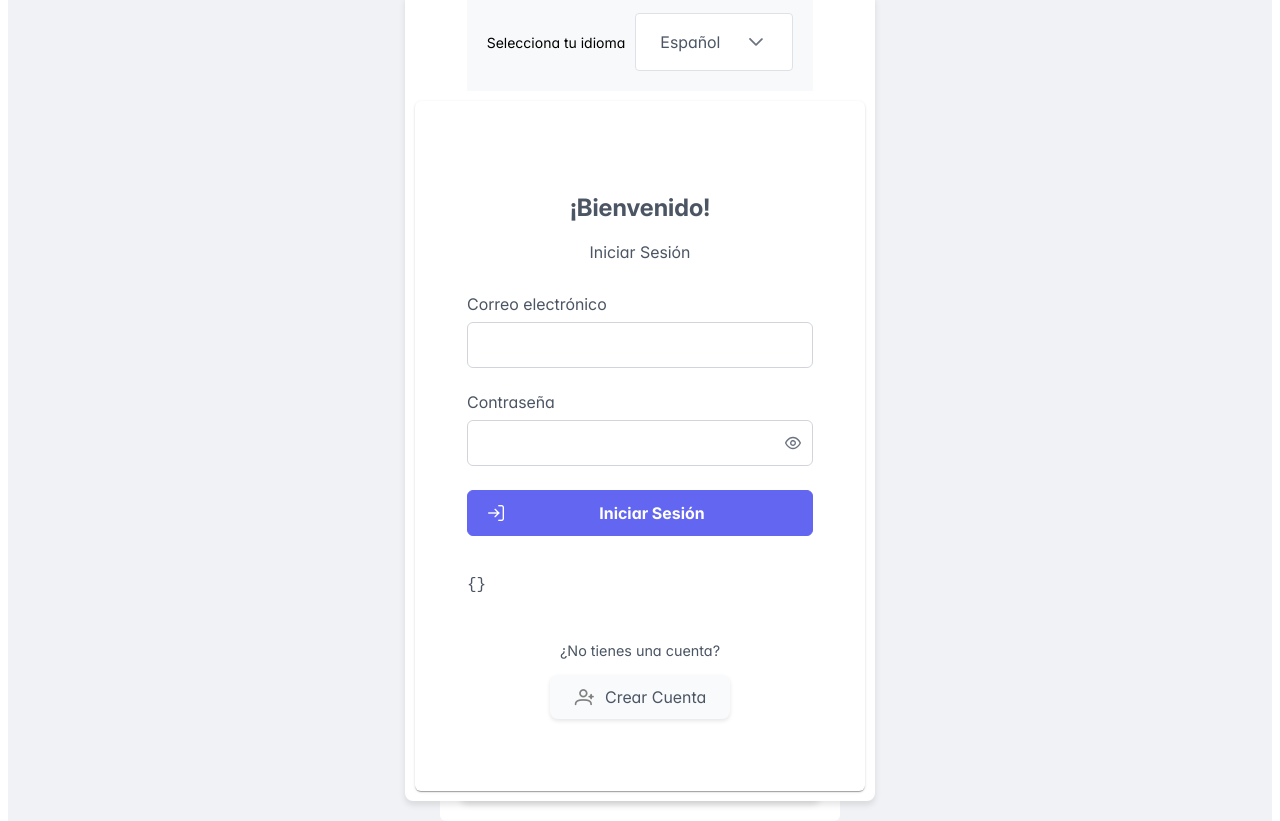
Repository: nder1996/Info_Colombia
Page: /GestionTareas (app in fronted/gestion-tareas/)
The author's editor kept a copy of each file at every save. The page is drawn from the files as they stood at one save, then again after the next save.
The browser window is 1280 px wide. The pictures show the whole page.
The project was rebuilt for these pictures with package versions that can differ from the ones it lists, and the page was loaded fresh each time. Also part of the build but not shown: fronted/gestion-tareas/src/components/gestion-tareas/GestionTareas.css, fronted/gestion-tareas/src/services/GestionTareasService.ts, fronted/gestion-tareas/src/services/SummaryServices.ts, fronted/gestion-tareas/src/services/UsuarioService.ts, fronted/gestion-tareas/src/services/WebSocketService.ts, fronted/gestion-tareas/src/hooks/useNotifications.ts, fronted/gestion-tareas/src/components/gestion-tareas/GestionTareas.tsx, fronted/gestion-tareas/src/components/Registrarse/Registrarse.tsx.

Above is the page before, as saved 2025-02-24 03:27:53.

### fronted/gestion-tareas/src/index.css
.App {
  display: flex;
  justify-content: center;
  align-items: center;
  height: 100vh !important;
  width: 100% !important;
  background-color: #f5f5f5;
  padding: 0 !important;
  /*border:1px solid red !important;*/
  /* You can add more styles as needed */
}

### fronted/gestion-tareas/src/App.tsx
import React, { useRef } from 'react';
import { BrowserRouter } from 'react-router-dom';
import './App.css';
import AppRoutes from './routes/AppRoutes';
import useAuthStore from './store/auth/useAuthStore';
import './services/InterceptorAuth';
import { ToastProvider } from './context/ToastContext';

import "primereact/resources/themes/lara-light-indigo/theme.css";
import "primereact/resources/primereact.min.css";
import "primeicons/primeicons.css";
import { LanguageProvider } from './context/LanguageContext';



function App() {
  const auth = useAuthStore((state) => state.Auth)
  return (
    <ToastProvider>
      <LanguageProvider>
        <div className="App">
          <BrowserRouter>
            <AppRoutes />
          </BrowserRouter>
        </div>
      </LanguageProvider>
    </ToastProvider>
  );
}

export default App;

### fronted/gestion-tareas/src/App.css
@import "primereact/resources/themes/lara-light-indigo/theme.css";
@import "primereact/resources/primereact.min.css";
@import "primeicons/primeicons.css";

### fronted/gestion-tareas/src/routes/AppRoutes.tsx
import React from "react";
import { Routes, Route, Navigate } from "react-router-dom";
import ProtectedRoute from "./ProtectedRoute";
import useAuthStore from "../store/auth/useAuthStore";
import GestionTareas from "src/components/gestion-tareas/GestionTareas";
import InicioSession from "src/components/InicioSession/InicioSession";
import Registrarse from "src/components/Registrarse/Registrarse";
import Ingreso from "src/components/Ingreso/Ingreso";

const AppRoutes: React.FC = () => {
  const auth = useAuthStore((state) => state.Auth);

  return (
    <Routes>
      {/*
        <Route path="/login" element={<InicioSession />} />
      <Route path="/Registro" element={<Registrarse />} />
      */}

      <Route path="/Bienvenido" element={<Ingreso />} />
      <Route element={<ProtectedRoute />}>
        <Route path="/GestionTareas" element={<GestionTareas />} />
      </Route>
      <Route path="*" element={<Navigate to="/Bienvenido" replace />} />

      {/*   <Route path="*" element={<Navigate to={auth.isAuthenticated ? "/GestionTareas" : "/Ingreso"} replace />} /> */}

    </Routes>
  );
};

export default AppRoutes;

### fronted/gestion-tareas/src/store/auth/useAuthStore.ts
import { AuthService } from 'src/services/AuthService';
import { create } from 'zustand'

type AuthState = { Auth: { token: string | null ; isAuthenticated: boolean |null ; username:string | null } }

type AuthStateStoreActions = {
  setAuth: (nextAuth: AuthState['Auth']) => void
}

type AuthStore = AuthState & AuthStateStoreActions;

const useAuthStore = create<AuthStore>()((set) => ({
  Auth: AuthService.getInfoSession() || {
    token: null,
    isAuthenticated: false,
    username: null
  },
  setAuth: (nextAuth) => set({ Auth: nextAuth })
}));

export default useAuthStore;




//export default useAuthStore;

### fronted/gestion-tareas/src/services/InterceptorAuth.ts
import axios from 'axios';
import { AuthService } from './AuthService';

const InterceptorAuth = {
  usuario: axios.create({
    baseURL: 'http://localhost:8700/api/usuario'
  }),
  summary: axios.create({
    baseURL: 'http://localhost:8700/api/summary/'
  }),
  tarea: axios.create({
    baseURL: 'http://localhost:8700/api/tarea/'
  })
};

Object.values(InterceptorAuth).forEach(api => {
  api.interceptors.request.use(
    (config) => {
      const token = AuthService.getToken()?.replace(/"/g, '');
      if (token) {
        config.headers.Authorization = `Bearer ${token}`;
      }
      //console.log("se le agrego el token a la peticion: " + config.url+"  token "+config.headers.Authorization);
      return config;
    },
    (error) => Promise.reject(error)
  );

  api.interceptors.response.use(
    (response) => response,
    (error) => {
      if (error.response?.status !== 200 && error.response?.status !== 201) {
        AuthService.logout();
        window.location.href = '/login';
      }
      return Promise.reject(error);
    }
  );
});

export default InterceptorAuth;

### fronted/gestion-tareas/src/context/ToastContext.tsx
import { createContext, useContext, useRef } from 'react';
import { Toast } from 'primereact/toast';


interface ToastService {
    mostrarExito: (titulo: string, detalle?: string) => void;
    mostrarError: (titulo: string, detalle?: string) => void;
    mostrarInfo: (titulo: string, detalle?: string) => void;
    mostrarAdvertencia: (titulo: string, detalle?: string) => void;
}

const ToastContext = createContext<ToastService>({} as ToastService);

export const ToastProvider = ({ children }: { children: React.ReactNode }) => {
    const toast = useRef<Toast>(null);

    const mostrarExito = (titulo: string, detalle?: string) => {
        toast.current?.show({
            severity: 'success',
            summary: titulo,
            detail: detalle,
            life: 3000
        });
    };

    const mostrarError = (titulo: string, detalle?: string) => {
        toast.current?.show({
            severity: 'error',
            summary: titulo,
            detail: detalle,
            life: 5000
        });
    };

    const mostrarInfo = (titulo: string, detalle?: string) => {
        toast.current?.show({
            severity: 'info',
            summary: titulo,
            detail: detalle,
            life: 3000
        });
    };

    const mostrarAdvertencia = (titulo: string, detalle?: string) => {
        toast.current?.show({
            severity: 'warn',
            summary: titulo,
            detail: detalle,
            life: 4000
        });
    };

    return (
        <ToastContext.Provider value={{ mostrarExito, mostrarError, mostrarInfo, mostrarAdvertencia }}>
            <Toast ref={toast} position="top-right" />
            {children}
        </ToastContext.Provider>
    );
};

export const useToast = () => useContext(ToastContext);

### fronted/gestion-tareas/src/context/LanguageContext.tsx
import React, { createContext, useContext, useState } from 'react';
import { traducciones } from 'src/i18n/traducciones';
import { Language, ITranslations } from 'src/i18n/types';

interface LanguageContextType {
  language: Language;
  t: ITranslations;
  changeLanguage: (lang: Language) => void;
}

const LanguageContext = createContext<LanguageContextType>({} as LanguageContextType);

export const LanguageProvider = ({ children }: { children: React.ReactNode }) => {
  const [language, setLanguage] = useState<Language>('es');

  const changeLanguage = (lang: Language) => {
    setLanguage(lang);
  };

  const value = {
    language,
    t: traducciones[language],
    changeLanguage
  };

  return (
    <LanguageContext.Provider value={value}>
      {children}
    </LanguageContext.Provider>
  );
};



export const useLanguage = () => {
  const context = useContext(LanguageContext);
  if (!context) {
    throw new Error('useLanguage must be used within a LanguageProvider');
  }
  return context;
};

### fronted/gestion-tareas/src/routes/ProtectedRoute.tsx
import React from "react";
import { Navigate, Outlet } from "react-router-dom";
import useAuthStore from "../store/auth/useAuthStore";

const ProtectedRoute: React.FC = () => {
  const Auth = useAuthStore((state) => state.Auth);
  //console.log('Auth state:', Auth.isAuthenticated);

  if (!Auth.isAuthenticated) {
    return <Navigate to="/bienvenido" replace />;
  }

  return <Outlet />;
};

export default ProtectedRoute;

### fronted/gestion-tareas/src/components/Ingreso/Ingreso.tsx
import React, { useState } from 'react';
import './Ingreso.css';
import { TabView, TabPanel } from 'primereact/tabview';
import 'primereact/resources/themes/saga-blue/theme.css';
import 'primereact/resources/primereact.min.css';
import 'primeicons/primeicons.css';
import Registrarse from '../Registrarse/Registrarse';
import InicioSession from '../InicioSession/InicioSession';

const Ingreso = () => {


  return (
    <div className="login-wrapper">
        <TabView>
          <TabPanel header="Iniciar Sesión">
            <div className="login-container">
            <InicioSession></InicioSession>
            </div>
          </TabPanel>
          <TabPanel header="Registro">
            <div className="login-container">
            <Registrarse></Registrarse>
            </div>
          </TabPanel>
        </TabView>

    </div>
  );
};

export default Ingreso;

### fronted/gestion-tareas/src/services/AuthService.ts
import useAuthStore from 'src/store/auth/useAuthStore';
import { create } from 'zustand';
import { LocalStarogeService } from './LocalStorageService';



export interface AuthData {
  token: string | null;
  isAuthenticated: boolean | null;
  username: string | null;
}


 export class AuthService {

  static saveToken(auth: AuthData) {
    LocalStarogeService.save('authToken', JSON.stringify(auth));
  }

  static getToken(): string {
    const authData = JSON.parse(LocalStarogeService.get('authToken') || "") ;
    return authData.token || '';
  }

  static getInfoSession(): AuthData {
    try {
      const session = LocalStarogeService.get('authToken');
      if (!session || typeof session !== 'string') {
        return { token: '', isAuthenticated: false, username: '' };
      }
      const parsed = JSON.parse(session) as AuthData;
      return parsed;
    } catch {
      return { token: '', isAuthenticated: false, username: '' };
    }
  }
  static isAuthenticated(): boolean {
    return !!this.getToken();
  }

  static logout(): void {
    localStorage.removeItem('authToken');
    //useAuthStore.getState().clearAuth();
  }

  static getAuthHeader() {
    const token = this.getToken()?.replace(/"/g, '');
    return token ? { Authorization: `Bearer ${token}` } : {};
  }
}

### fronted/gestion-tareas/src/components/Ingreso/Ingreso.css
.login-wrapper {
    display: flex;
    justify-content: center;
    align-items: center;
    background-color: #f0f2f5;
    width: 100% !important;
  }

  .p-tabview{
    width: 100%;
    max-width: 400px !important;
  }

  .login-container {
    background-color: white;
    border-radius: 8px;
    box-shadow: 0 4px 6px rgba(0, 0, 0, 0.1);
    padding: 30px;
  }

  .login-form {
    display: flex;
    flex-direction: column;
  }

  .login-title {
    text-align: center;
    color: #333;
    margin-bottom: 20px;
  }

  .input-group {
    margin-bottom: 15px;
  }

  .input-group label {
    display: block;
    margin-bottom: 5px;
    color: #555;
  }

  .input-field {
    width: 100%;
    padding: 10px;
    border: 1px solid #ddd;
    border-radius: 4px;
    font-size: 16px;
  }

  .login-button {
    background-color: #007bff;
    color: white;
    border: none;
    border-radius: 4px;
    padding: 12px;
    font-size: 16px;
    cursor: pointer;
    transition: background-color 0.3s ease;
  }

  .login-button:hover {
    background-color: #0056b3;
  }

### fronted/gestion-tareas/src/components/InicioSession/InicioSession.tsx
import React, { useRef, useState } from 'react';
import './InicioSession.css';
import 'primereact/resources/themes/saga-blue/theme.css';
import 'primereact/resources/primereact.min.css';
import 'primeicons/primeicons.css';


import { Card } from 'primereact/card';
import { InputText } from 'primereact/inputtext';
import { Button } from 'primereact/button';
import { Toast } from 'primereact/toast';
import { useForm } from 'react-hook-form';
import { yupResolver } from '@hookform/resolvers/yup';
import * as yup from 'yup';
import { SesionServices } from 'src/services/SesionServices';
import useAuthStore from 'src/store/auth/useAuthStore';
import { Navigate, useNavigate } from 'react-router-dom';
import { setTimeout } from 'timers/promises';
import { AuthService } from 'src/services/AuthService';
import { Divider } from 'primereact/divider';
import { Password } from 'primereact/password';
import { useToast } from 'src/context/ToastContext';
import NavbarIdioma from '../navbar-idioma/navbar-idioma';
import { useLanguage } from 'src/context/LanguageContext';
import { traducciones } from 'src/i18n/traducciones';
import { Language } from 'src/i18n/types';



interface FormInputs {
  username: string;
  password: string;
}


const createValidationSchema = (t: typeof traducciones, language: Language) => yup.object({
  username: yup
    .string()
    .required(t[language].autenticacion.emailRequerido)
    .email(t[language].autenticacion.emailValido),
  password: yup
    .string()
    .required(t[language].autenticacion.contrasenaRequerida)
});

const InicioSession = () => {
  const [isLoading, setIsLoading] = useState(false);
  const setUseAuthState = useAuthStore((state) => state.setAuth);
  const Auth = useAuthStore((state) => state.Auth);
  const navigate = useNavigate();
  const { mostrarExito, mostrarError } = useToast();
  const { language } = useLanguage();
  const texts = traducciones[language].autenticacion;
  const schema = createValidationSchema(traducciones, language);

  const { register, handleSubmit, formState: { errors }, setValue, watch } = useForm<FormInputs>({
    resolver: yupResolver(schema)
  });

  const onSubmit = async (data: FormInputs) => {
    try {
      setIsLoading(true);
      await SesionServices.login(data.username, data.password);
      const token = AuthService.getToken();
      if (!token || token.trim() === "") {
        mostrarError('Error', 'Usuario o contraseña inválidos');
        return;
      }
      setIsLoading(false);
      setUseAuthState({
        token: token,
        isAuthenticated: true,
        username: data.username
      });
      mostrarExito('¡Bienvenido!', `Bienvenido ${data.username}`);
    } catch (error: any) {
      mostrarError('Error', 'Error al procesar el inicio de sesión');
    }
  };



  if (Auth.isAuthenticated) {
    return <Navigate to="/GestionTareas" />;
  }



  return (
    <div className="login-container">
      <NavbarIdioma></NavbarIdioma>
      <Card className="login-card">
        <div className="login-header">
          <h2>{texts.bienvenido}</h2>
          <p>{texts.iniciarSesion}</p>
        </div>
        <form onSubmit={handleSubmit(onSubmit)} className="p-fluid form-inicio">
          <div className="field">
            <label>{texts.correo}</label>
            <InputText
              {...register('username')}
              className={errors.username ? 'p-invalid' : ''}
              onChange={(e) => {
                register('username').onChange(e);
              }}
            />
            {errors.username && (
              <p className="p-error">{errors.username.message}</p>
            )}
          </div>

          <div className="field">
            <label>{texts.contrasena}</label>
            <Password
              {...register('password')}
              className={errors.password ? 'p-invalid' : ''}
              feedback={false}
              toggleMask
              onChange={(e) => setValue('password', e.target.value)}
              inputRef={register('password').ref}
            />
            {errors.password && (
              <small className="p-error">{errors.password.message}</small>
            )}
          </div>
          <Button
            type="submit"
            label={isLoading ? 'Iniciando sesión...' : 'Iniciar Sesión'}
            icon={isLoading ? 'pi pi-spinner pi-spin' : 'pi pi-sign-in'}
          />
          <pre>{JSON.stringify(watch(), null, 2)}</pre>
        </form>
        <div className="register-section">
          <p className="register-text">{texts.noTienesCuenta}</p>
          <a className="register-link" onClick={() => navigate('/registro')}>
            <i className="pi pi-user-plus register-icon" />
            <span>{texts.crearCuenta}</span>
          </a>
        </div>
      </Card>

    </div>
  );
};

export default InicioSession;

### fronted/gestion-tareas/src/services/localStorageService.ts
export class LocalStarogeService{


  public static save(key: string, value: any): void {
    try {
      const serializedValue = JSON.stringify(value);
      localStorage.setItem(key, serializedValue);
    } catch (error) {
      console.error('Error saving to localStorage:', error);
    }
  }



  public static get<T>(key: string, defaultValue: T | null = null): T | null {
    try {
      const item = localStorage.getItem(key);
      return item ? JSON.parse(item) : defaultValue;
    } catch (error) {
      console.error('Error retrieving from localStorage:', error);
      return defaultValue;
    }
  }



  public static remove(key: string): void {
    try {
      localStorage.removeItem(key);
    } catch (error) {
      console.error('Error removing from localStorage:', error);
    }
  }


  public static exists(key: string): boolean {
    return localStorage.getItem(key) !== null;
  }


  public static clear(): void {
    try {
      localStorage.clear();
    } catch (error) {
      console.error('Error clearing localStorage:', error);
    }
  }


  public static update(key: string, value: any): void {
    try {
      const existingValue = this.get(key, {});
      const updatedValue = { ...existingValue, ...value };
      this.save(key, updatedValue);
    } catch (error) {
      console.error('Error updating localStorage:', error);
    }
  }


  public static getAllKeys(): string[] {
    const keys: string[] = [];
    for (let i = 0; i < localStorage.length; i++) {
      const key = localStorage.key(i);
      if (key) {
        keys.push(key);
      }
    }
    return keys;
  }
}

### fronted/gestion-tareas/src/components/Registrarse/Registrarse.css
.auth-container {
  display: flex;
  justify-content: center;
  align-items: center;
  min-height: 100vh;
  background: linear-gradient(135deg, #f6f7fb 0%, #f0f2f7 100%);
  padding: 20px;
  width: 100%;
}

.auth-card {
  background: white;
  padding: 2.5rem;
  border-radius: 16px;
  width: 100%;
  max-width: 450px;
  box-shadow: 0 10px 25px rgba(0, 0, 0, 0.05);
}

.auth-header {
  text-align: center;
  margin-bottom: 2.8rem;
}

.auth-header h2 {
  color: #2d3748;
  font-size: 1.875rem;
  font-weight: 600;
  margin-bottom: 0.5rem;
}

.auth-header p {
  color: #718096;
  font-size: 0.95rem;
}

.auth-form {
  display: flex;
  flex-direction: column;
  gap: 2.5rem;
}

.form-group {
  position: relative;
}

.form-input {
  width: 100% !important;
  padding: 1rem !important;
  border: 1px solid #e2e8f0 !important;
  border-radius: 10px !important;
  background: #f8fafc !important;
  transition: all 0.3s ease !important;


  /*margin-top: 1rem !important;*/
}

.form-input:hover {
  background: #fff !important;
  border-color: #cbd5e1 !important;
}

.form-input:focus {
  background: #fff !important;
  border-color: #3b82f6 !important;
  box-shadow: 0 0 0 3px rgba(59, 130, 246, 0.1) !important;
}

.p-float-label {
  /*display: block;*/
}

.p-float-label label {
  background: transparent !important;
  color: #64748b !important;
  font-size: 0.875rem !important;
}

/*.p-float-label input:focus ~ label,
.p-float-label input.p-filled ~ label {
  transform: translateY(-1.5rem) scale(0.85) !important;
  color: #3b82f6 !important;
}*/

.p-password {
  width: 100% !important;
}

.p-password-input {
  width: 100% !important;
}

.table-cell {
  text-align: center;
}

.table-header {
  text-align: center;
}

/* Para centrar verticalmente también */
.table-cell, .table-header {
  vertical-align: middle;
}

### fronted/gestion-tareas/src/services/SesionServices.ts
import axios from "axios";
import { AuthData, AuthService } from "./AuthService";
import { LocalStarogeService } from "./LocalStorageService";
import { ApiResponse } from "src/models/ApiResponse";



export interface usuarioRegister {
    id: number;
    nombre: string;
    email: string;
    password: string;
}
export class SesionServices  {
    private static readonly baseUrl = 'http://localhost:8700/api/auth';


    public static async login(username: string, password: string): Promise<void> {
        try {
            const response = await axios.post(`${this.baseUrl}/login`, {
                username,
                password
            });

            const token = response.data.token;
            const authData: AuthData = {
                token: token,
                username: username,
                isAuthenticated: true
            };

            AuthService.saveToken(authData);
        } catch (error) {
            console.error('Login failed:', error);
            throw error;
        }
    }

    public static async registre(user: usuarioRegister): Promise<ApiResponse<string>> {
        try {
            const response = await axios.post(`${this.baseUrl}/register`, user);
            return response.data;
        } catch (error) {
            console.error('Login failed:', error);
            throw error;
        }
    }


}

### fronted/gestion-tareas/src/components/navbar-idioma/navbar-idioma.tsx
import { Dropdown } from 'primereact/dropdown';
import { useLanguage } from "src/context/LanguageContext";
import { Language } from "src/i18n/types";

const NavbarIdioma = () => {
  const { language, changeLanguage } = useLanguage();

  const options = [
    { label: 'Español', value: 'es' as Language },
    { label: 'English', value: 'en' as Language }
  ];

  return (
    <div style={{
      display: 'flex',
      justifyContent: 'center',
      backgroundColor: '#f8f9fa',
      padding: '20px'
    }}>
      <div style={{
        display: 'flex',
        alignItems: 'center',
        gap: '10px'
      }}>
        <span style={{
          fontSize: '14px',
          color: '#000'
        }}>Selecciona tu idioma</span>
        <Dropdown
          value={language}
          options={options}
          onChange={(e) => changeLanguage(e.value)}
          style={{
            minWidth: '120px',
            borderRadius: '4px',
            border: '1px solid #dee2e6',
            padding: '6px 12px'
          }}
        />
      </div>
    </div>
  );
};

export default NavbarIdioma;

### fronted/gestion-tareas/src/components/InicioSession/InicioSession.css
.login-container {
  display: flex;
  justify-content: center;
  align-items: center;
  flex-direction: column !important;
  min-height: 100vh;
  padding: 0 !important;
  margin: 0 !important;
}



.login-header {
  text-align: center;
  margin-bottom: 2rem;
}

.form-inicio {
  display: flex;
  flex-direction: column;
  gap: 1.5rem;
}

.field {
  display: flex;
  flex-direction: column;
  gap: 0.5rem;
}

.register-section {
  margin-top: 2rem;
  text-align: center;
 }

 .register-link {
  display: inline-flex;
  align-items: center;
  gap: 0.75rem;
  padding: 0.75rem 1.5rem;
  border-radius: 8px;
  background: var(--surface-50);
  transition: all 0.2s ease;
  box-shadow: 0 2px 4px rgba(0,0,0,0.1);
  cursor: pointer !important;
 }

 .register-link:hover {
  background: var(--surface-100);
  transform: translateY(-2px);
  box-shadow: 0 4px 8px rgba(0,0,0,0.15);
 }

 .register-icon {
  color: grey;
  font-size: 1.2rem;
 }

 .register-text {
  font-size: 0.9rem;
  color: var(--text-color);
  margin-bottom: 1rem;
 }

 .login-container {
  display: flex;
  flex-direction: column;
  min-height: 100vh;
}

.login-card {
  margin: 10px;
  width: 100%;
  width: 450px;
  padding: 2rem;
}


.navbar-idioma {
  width: 100%;
  padding: 1rem;
}

Loaded but not shown: fronted/gestion-tareas/public/index.html (common file); fronted/gestion-tareas/src/index.js (common file); fronted/gestion-tareas/src/reportWebVitals.js (common file); fronted/gestion-tareas/src/i18n/traducciones.ts (164 lines, source omitted)

After the next save:
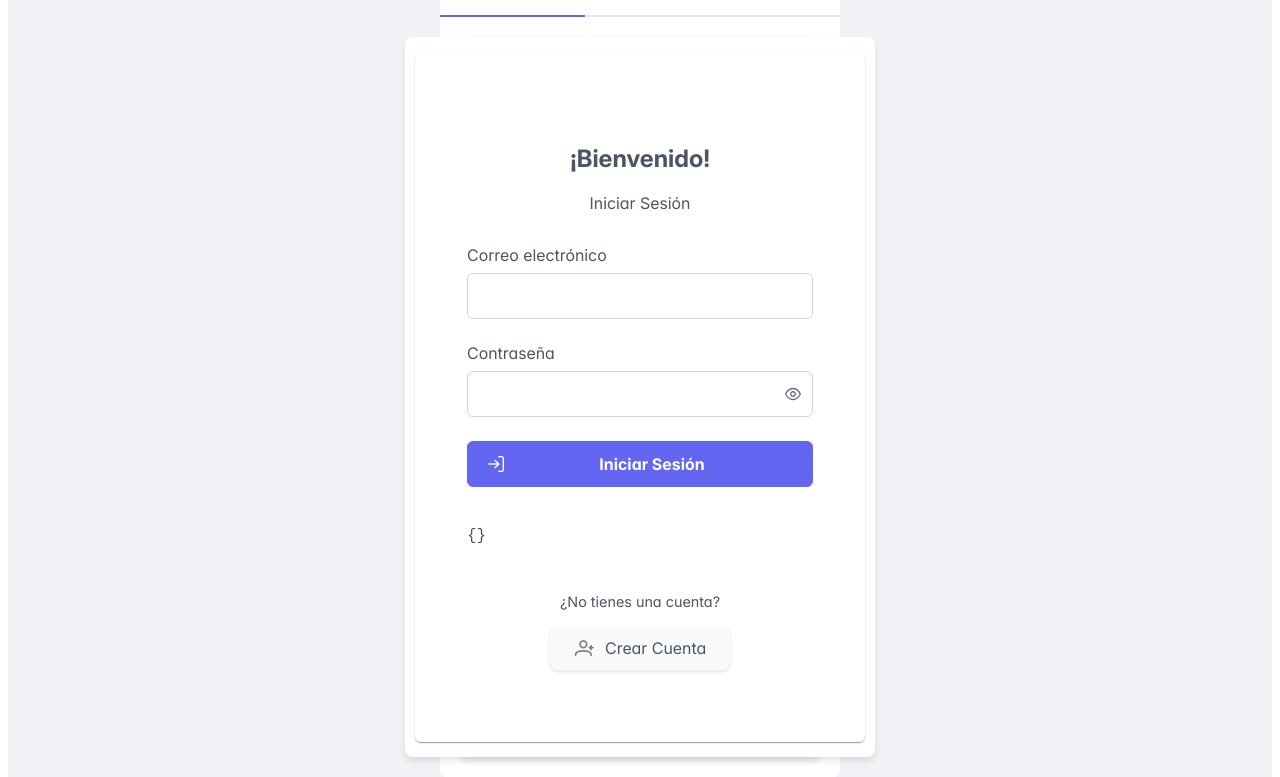
Saved 95 s later.
--- a/fronted/gestion-tareas/src/components/InicioSession/InicioSession.tsx
+++ b/fronted/gestion-tareas/src/components/InicioSession/InicioSession.tsx
@@ -88,7 +88,6 @@ const InicioSession = () => {
 
   return (
     <div className="login-container">
-      <NavbarIdioma></NavbarIdioma>
       <Card className="login-card">
         <div className="login-header">
           <h2>{texts.bienvenido}</h2>
